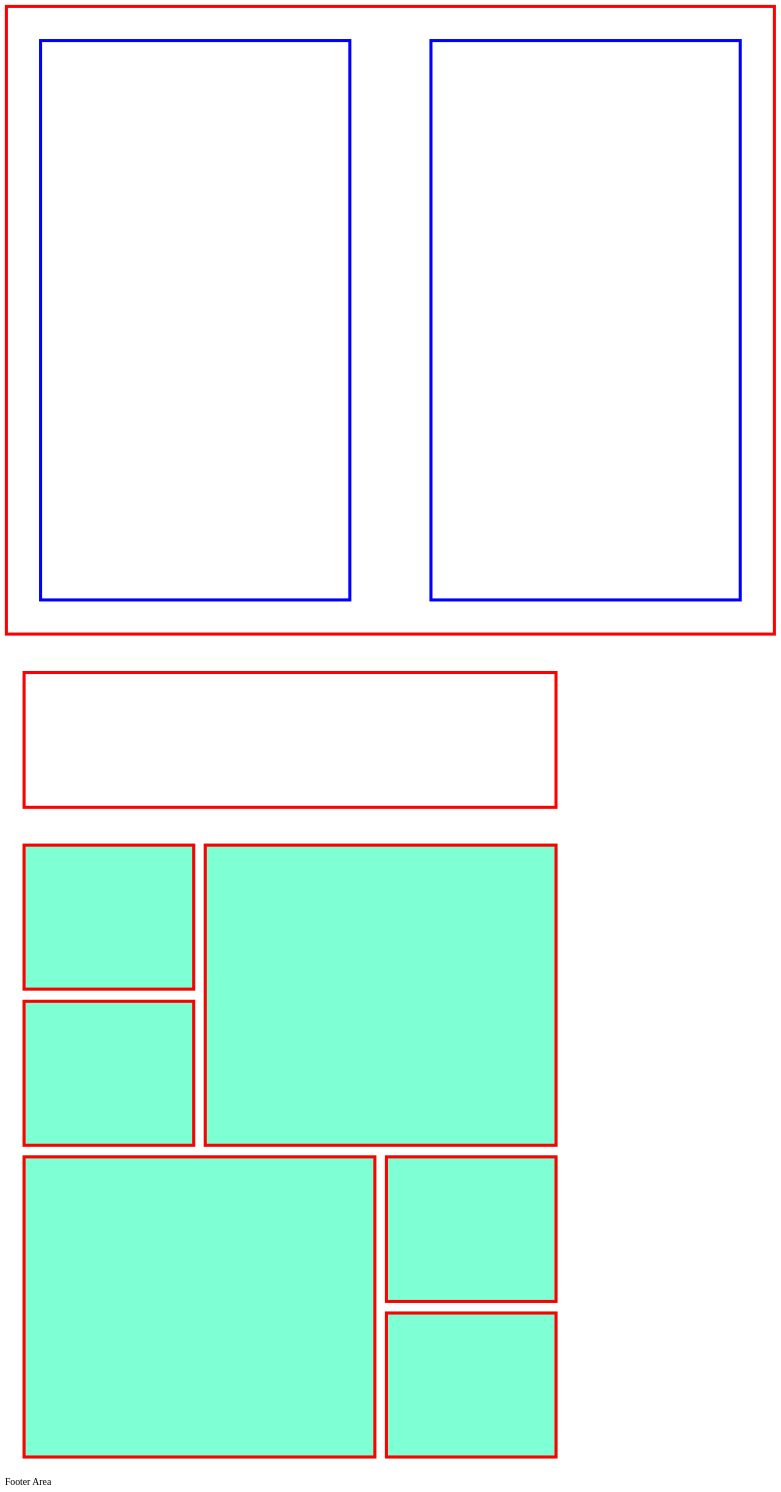
Repository: BwesewB/Brutalist-Website
Page: /
The author's editor kept a copy of each file at every save. The page is drawn from the files as they stood at one save, then again after the next save.
The browser window is 1280 px wide. The pictures show the whole page, at 61% of full size.
The project was rebuilt for these pictures with package versions that can differ from the ones it lists, and the page was loaded fresh each time. The framework's server and built-in components were replaced by stand-ins that run in the browser. Also part of the build but not shown: next.config.mjs.

Above is the page before, as saved 2024-02-03 21:11:22.

After the next save:
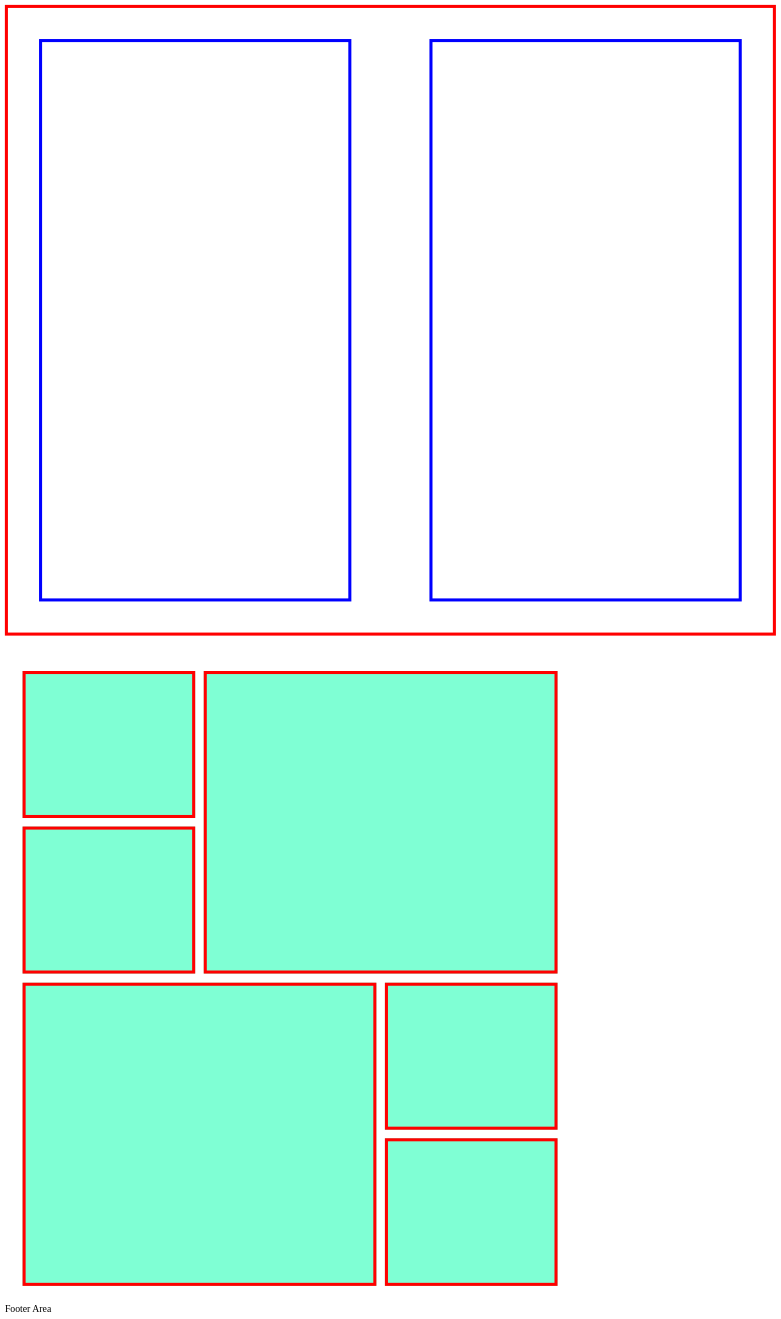
Saved 22 s later.
--- a/components/BottomDisplay/BottomDisplay.module.css
+++ b/components/BottomDisplay/BottomDisplay.module.css
@@ -1,10 +1,4 @@
-.inputArea{
-    border: 5px solid red;
-    margin:4vh;
-    grid-column: 4/5;
-    grid-row:1/2;
-    height:30vh;
-}
+
 
 .displayArea {
     display: grid;

After the save that followed:
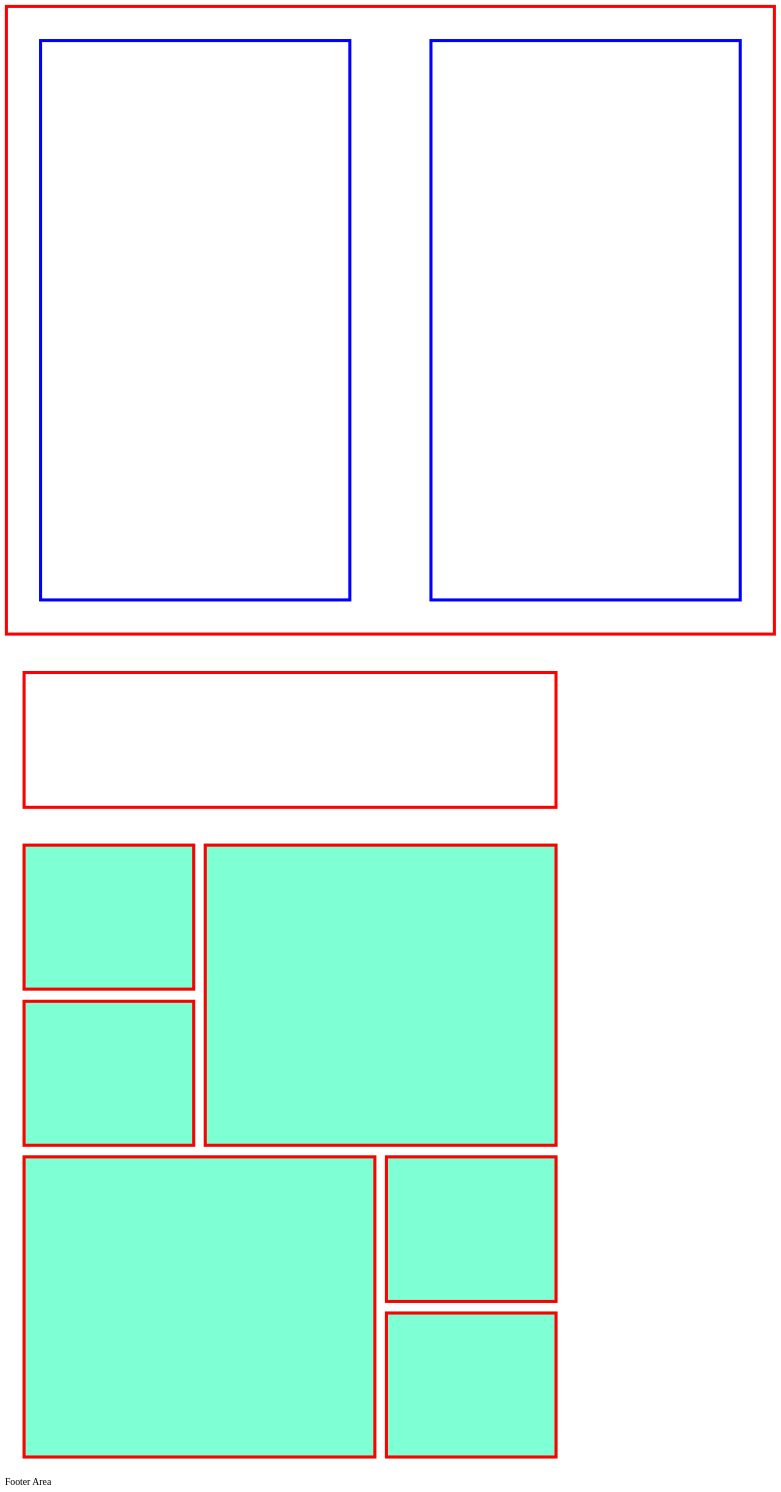
Saved 6 s later.
--- a/components/BottomDisplay/BottomDisplay.module.css
+++ b/components/BottomDisplay/BottomDisplay.module.css
@@ -32,3 +32,10 @@
 .bottomWidthSpan {
     grid-column: 1/4;
 }
+.inputArea{
+    border: 5px solid red;
+    margin:4vh;
+    grid-column: 4/5;
+    grid-row:1/2;
+    height:30vh;
+}
